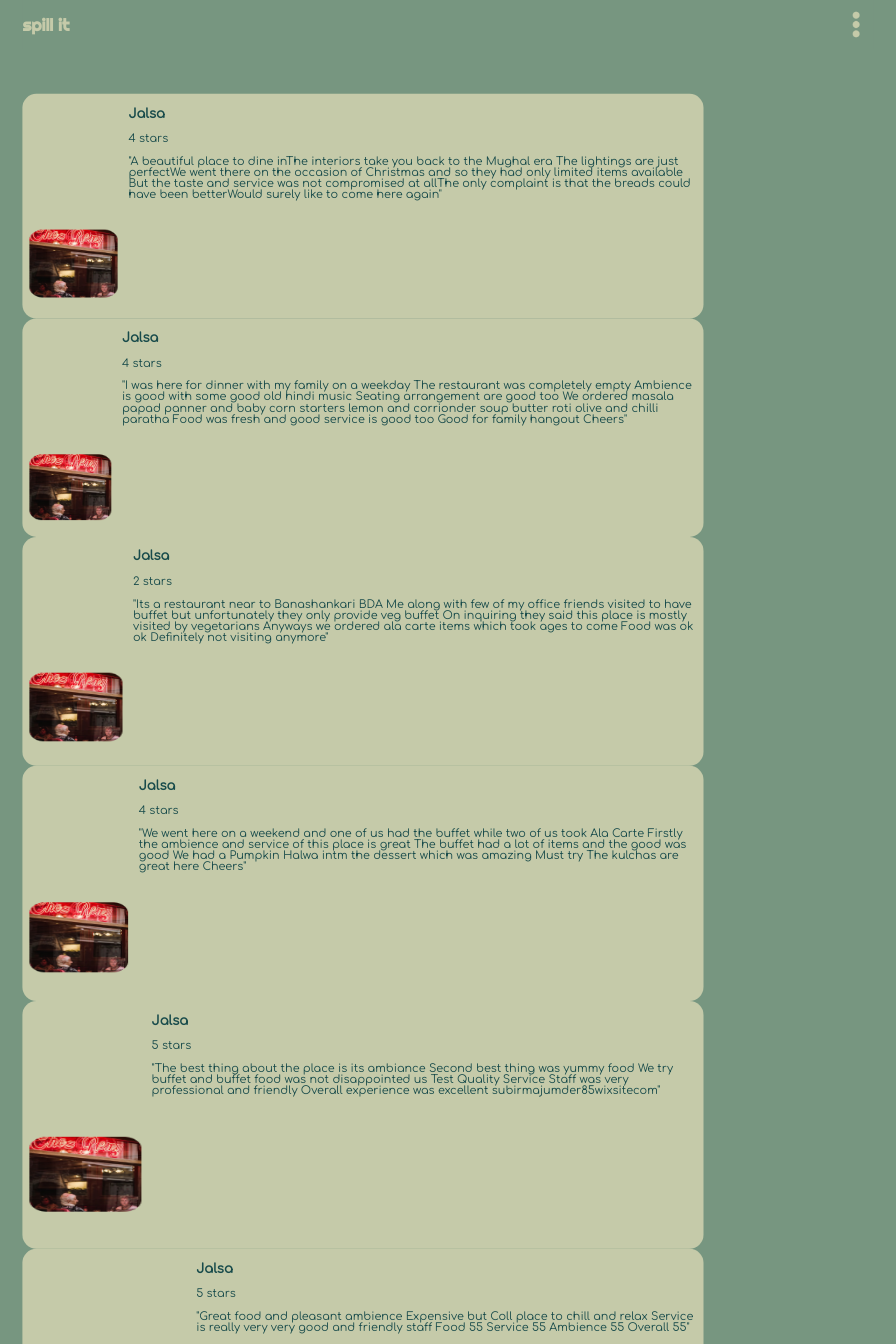
Repository: shaelorch/spillit
Page: /findASpot
An editor plug-in stored every save of this project. The page is shown before and after the next save, followed by the edit.
The browser window is 1280 px wide. The pictures show the part of the page from y = 0 to 1920 px (the page is 603541 px tall before and 552935 px after), at 70% of full size.
The project was rebuilt for these pictures with package versions that can differ from the ones it lists, and the page was loaded fresh each time. The framework's server and built-in components were replaced by stand-ins that run in the browser. Also part of the build but not shown: next.config.js, components/HeroCont.js, components/Button.js, components/SubButton.js, components/Header.js, components/popMenu.js.

Above is the page before, as saved 2023-02-10 14:50:56.

### pages/findASpot.js
import Head from 'next/head'
import Image from 'next/image'
import HeroCont from '../components/HeroCont'
import styles from '../styles/Home.module.css'
import Button from '../components/Button'
import SubButton from '../components/SubButton'
import RevCard from '../components/reviewCard'
import Header from '../components/Header'
import TopBar from '../components/topBAr'
import reviews from '../data/reviews.json'


export default function Home() {

  console.log(reviews);
  return (
    <div className={styles.container}>
      <Head>
        <title>Create Next App</title>
        <meta name="description" content="Generated by create next app" />
        <link rel="icon" href="/favicon.ico" />

      </Head>

     <TopBar/>

      <main className={styles.main}>
       <div >
        {
          reviews.map( (rev, index) => {
            return (
              <RevCard
              key={index}
              name={rev.name}
              rating={`${rev.rating} stars`}
              review={`"${rev.review}"`}></RevCard>
            )
          })

        }
       </div>



      </main>

      <footer className={styles.footer}>

      </footer>
    </div>
  )
}

### styles/globals.css

@import url('https://fonts.googleapis.com/css2?family=Righteous&display=swap');
@import url('https://fonts.googleapis.com/css2?family=Comfortaa&family=Righteous&display=swap');


html,
body {
  padding: 0;
  margin: 0;
  font-family: -apple-system, BlinkMacSystemFont, Segoe UI, Roboto, Oxygen,
    Ubuntu, Cantarell, Fira Sans, Droid Sans, Helvetica Neue, sans-serif;
}

a {
  color: inherit;
  text-decoration: none;
}

* {
  box-sizing: border-box;
}

@media (prefers-color-scheme: dark) {
  html {
    color-scheme: dark;
  }
  body {
    color: white;
    background: black;
  }
}

### styles/Home.module.css
.container {
  padding: 0 2rem;
  background-color: #779680;
}

.rotate {

  width:358;
  height:195;
  margin-top:-160;
  margin-Left:-40;
  animation:rotation 2s infinite linear;
}

.main {
  min-height: 100vh;
  padding: 4rem 0;
  flex: 1;
  margin:10;
  display: flex;
  flex-direction: column;
  justify-content: center;
  align-items: center;
  font-family: 'Comfortaa', 'cursive';
}

.footer {
  display: flex;
  flex: 1;
  padding: 2rem 0;
  border-top: 1px solid #eaeaea;
  justify-content: center;
  align-items: center;
}

.footer a {
  display: flex;
  justify-content: center;
  align-items: center;
  flex-grow: 1;
}

.title a {
  color: #0070f3;
  text-decoration: none;
}

.title a:hover,
.title a:focus,
.title a:active {
  text-decoration: underline;
}

.title {
  margin: 0;
  line-height: 1.15;
  font-size: 4rem;
}

.title,
.description {
  text-align: center;
}

.description {
  margin: 4rem 0;
  line-height: 1.5;
  font-size: 1.5rem;
}

.code {
  background: #fafafa;
  border-radius: 5px;
  padding: 0.75rem;
  font-size: 1.1rem;
  font-family: Menlo, Monaco, Lucida Console, Liberation Mono, DejaVu Sans Mono,
    Bitstream Vera Sans Mono, Courier New, monospace;
}

.grid {
  display: flex;
  align-items: center;
  justify-content: center;
  flex-wrap: wrap;
  max-width: 800px;
}

.card {
  margin: 1rem;
  padding: 1.5rem;
  text-align: left;
  color: inherit;
  text-decoration: none;
  border: 1px solid #eaeaea;
  border-radius: 10px;
  transition: color 0.15s ease, border-color 0.15s ease;
  max-width: 300px;
}

.card:hover,
.card:focus,
.card:active {
  color: #0070f3;
  border-color: #0070f3;
}

.card h2 {
  margin: 0 0 1rem 0;
  font-size: 1.5rem;
}

.card p {
  margin: 0;
  font-size: 1.25rem;
  line-height: 1.5;
}

.logo {
  height: 1em;
  margin-left: 0.5rem;
}

@media (max-width: 600px) {
  .grid {
    width: 100%;
    flex-direction: column;
  }
}

@media (prefers-color-scheme: dark) {
  .card,
  .footer {
    border-color: #222;
  }
  .code {
    background: #111;
  }
  .logo img {
    filter: invert(1);
  }
}

### components/reviewCard.js



export default function RevCard({
    name="restaurnt",
    rating="4.0",
    review="lalalala"
}) {

    return (<div style={{justifyContent:'center',display:'flex', width:"80%", height:'100%', backgroundColor:'#C5CAA9',  borderRadius:20}}>

        <div style={{display:'flex', flexDirection:'row'}}>
            <img  style={{display:'flex', width:'45%', height:"30%", marginTop:"20%", marginLeft:10}} src="place.png"/>
            <div style={{lineHeight:1,paddingLeft:15, color:'#184B4B'}}>
                <h3>{name}</h3>
                <p>{rating}</p>
                <p>{review}</p>
            </div>
        </div>



    </div>

    )
}

### components/topBAr.js
import Link from "next/link"
import { useState } from "react"
import { GrClose } from 'react-icons/gr'
import PopMenu from "./popMenu";

export default function TopBar() {

    const [open, setOpen] = useState(false);

   const onClick = () => {
    setOpen (current => !current)
   };

    return (
        <><div style={{ display: 'flex', flexDirection: 'row', justifyContent: 'space-between', alignItems: 'center', backgroundColor: '#779680' }}>
            <Link href='/'>
                <h2 style={{ color: '#C5CAA9', fontFamily: 'righteous, cursive' }}>spill it</h2>
            </Link>
            <img
                onClick={onClick} style={{ height: 50, width: 50 }} src="menu.png" />
            {open ? <PopMenu/> : null}

        </div></>

            )
        }

Loaded but not shown: pages/_app.js (common file); data/reviews.json (10022 lines, source omitted)

After the next save:
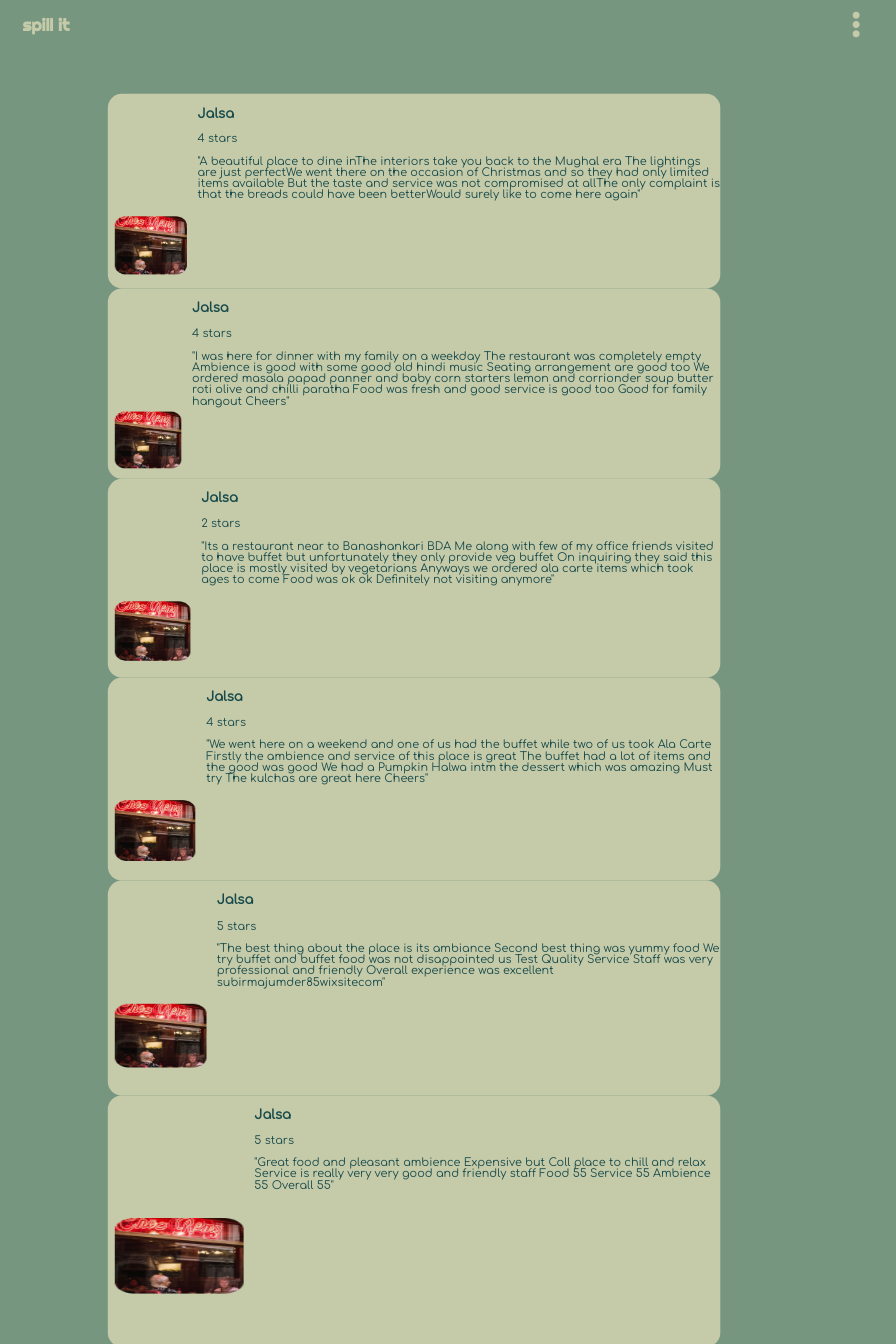
Saved 12 s later.
--- a/styles/Home.module.css
+++ b/styles/Home.module.css
@@ -16,7 +16,7 @@
   min-height: 100vh;
   padding: 4rem 0;
   flex: 1;
-  margin:10;
+  margin-left:10%;
   display: flex;
   flex-direction: column;
   justify-content: center;
